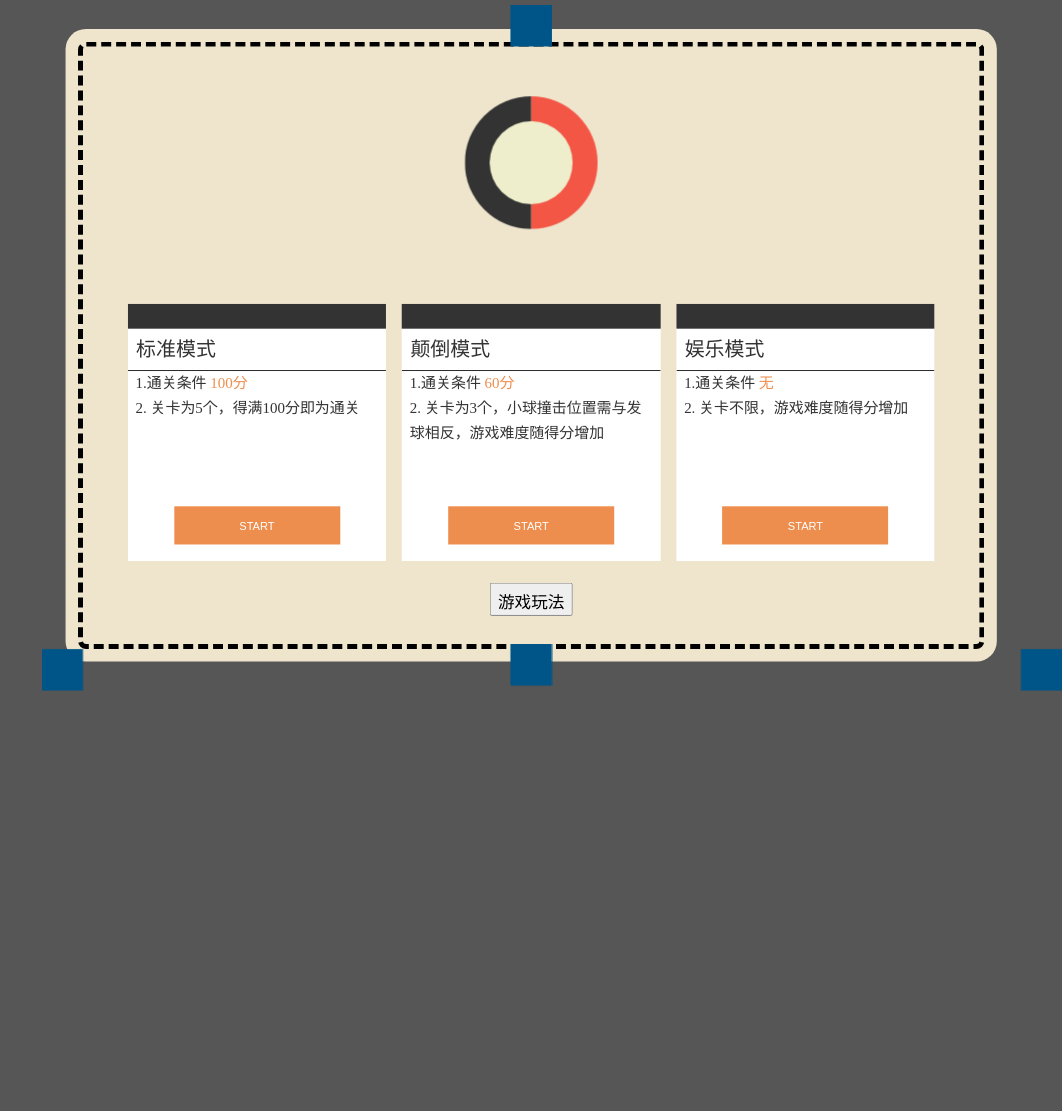
Repository: EEETA/ball-game
Page: theBall2/index.html
An editor plug-in stored every save of this project. The page is shown before and after the next save, followed by the edit.
The browser window is 1280 px wide. The pictures show the whole page, at 83% of full size.

Above is the page before, as saved 2018-08-02 16:26:00.

After the next save:
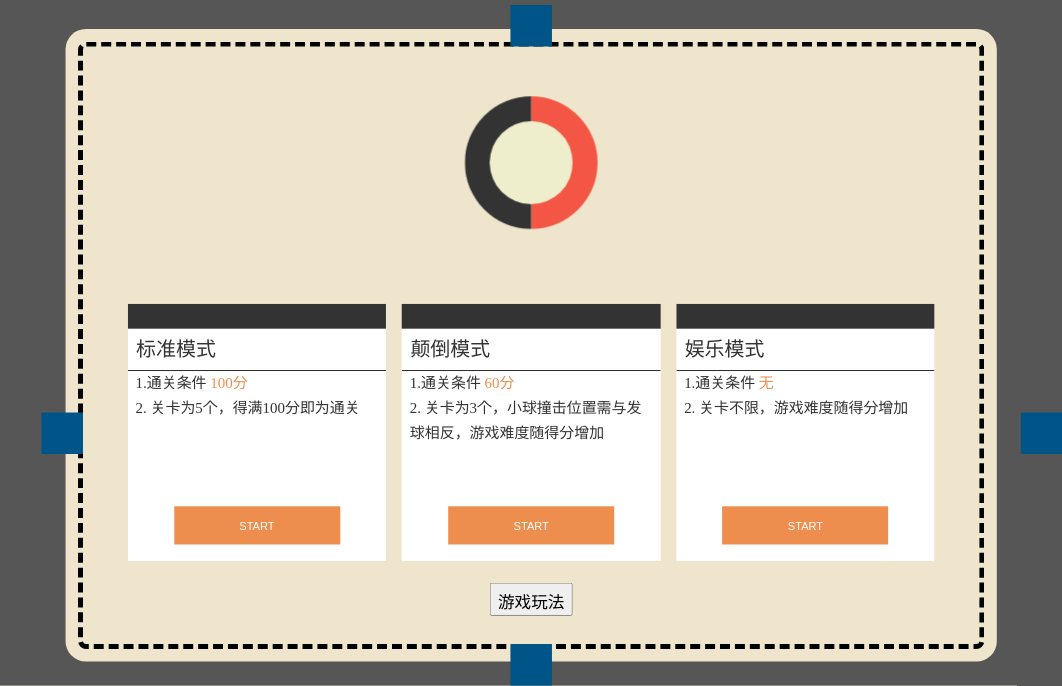
Saved 22 s later.
--- a/theBall2/style/index.css
+++ b/theBall2/style/index.css
@@ -95,7 +95,7 @@ button{outline: none;}
     left:calc(50% - 37px);
 }
 .top,.bottom{position: absolute;left:0;right:0;}
-.left,.right{position: absolute;height: 662px;}
+.left,.right{position: absolute;top:50%;margin-top: -25px;}
 .left{left: -50px}
 .right{right: -50px}
 .top{top: -50px}
